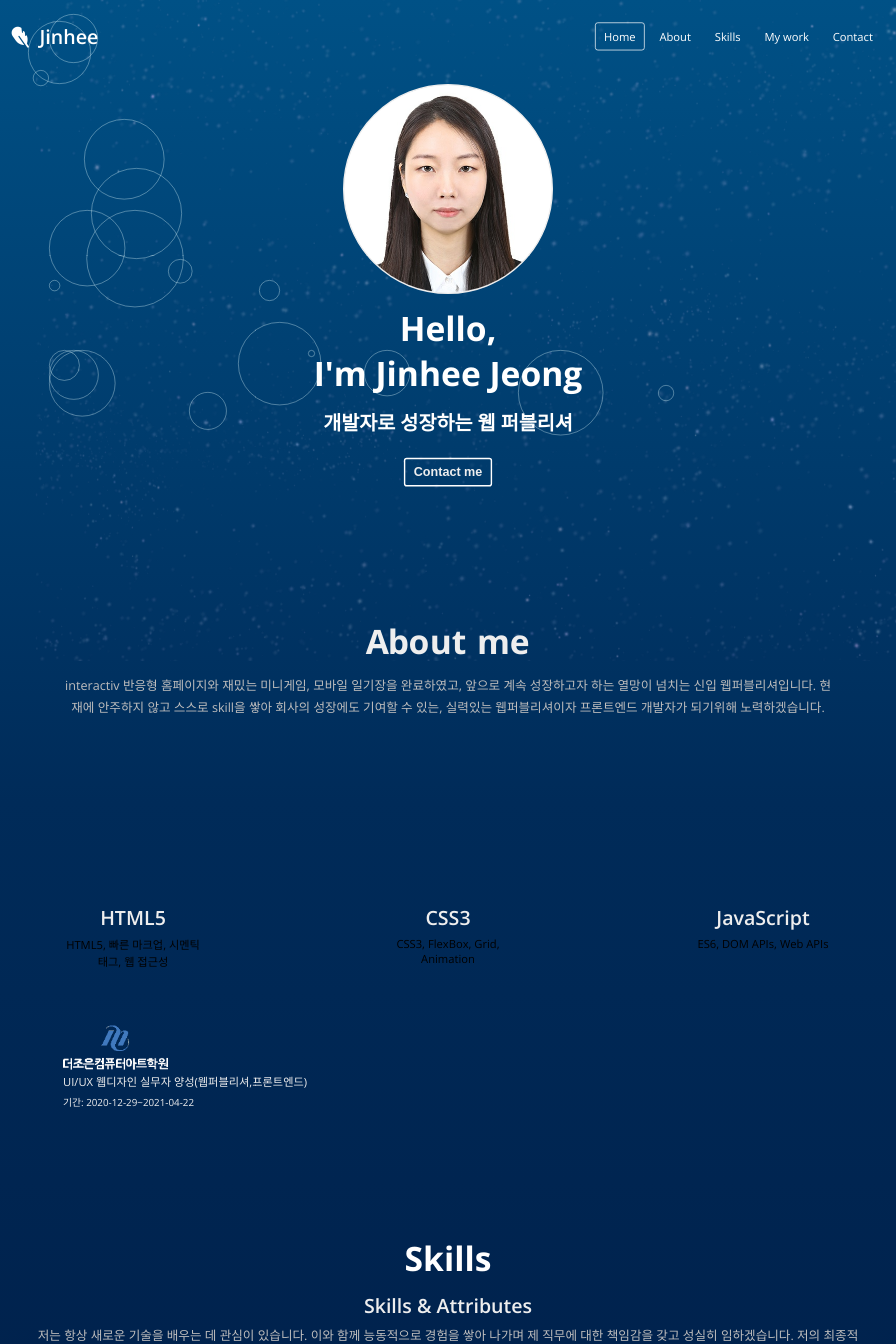
Repository: jinhee196/portfolio
Page: index.html
These files come from the project's save history. The page is drawn as it stood at one moment and after the next save; the edit follows.
The browser window is 1280 px wide. The pictures show the part of the page from y = 0 to 1920 px (the page is 4587 px tall before and 4623 px after), at 70% of full size.
Some web libraries are served in a nearby version.

Above is the page before, as saved 2021-07-07 18:59:02.

After the next save:
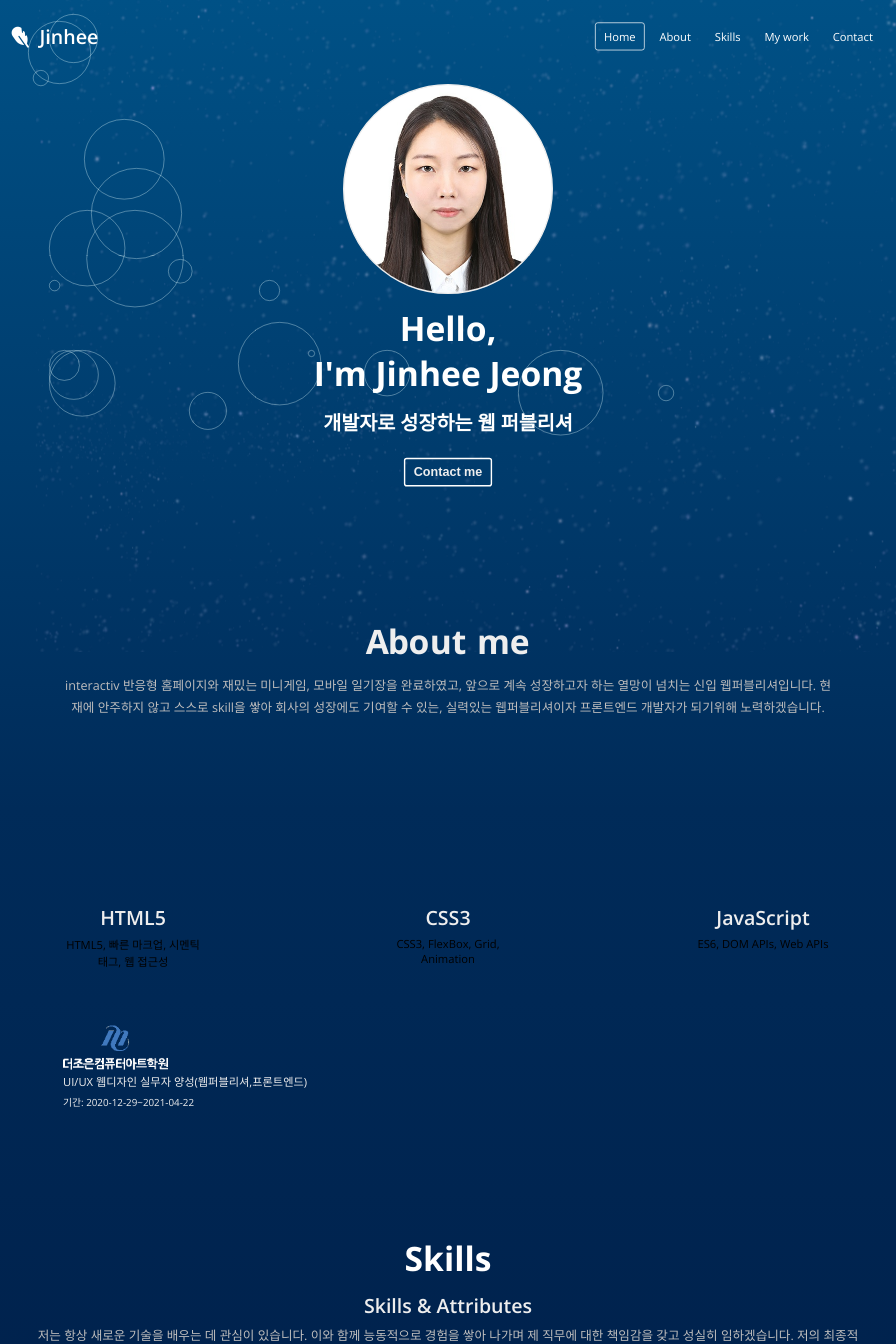
Saved 54 s later.
--- a/index.html
+++ b/index.html
@@ -315,7 +315,10 @@
         <div class="contact__links">
             <a href="https://github.com/jinhee196" target="_blank" class="contactBox">
                 <i class="fab fa-github"></i>
-                <img src="img/notion.png" alt="notion" class="notion">
+                <a href="https://www.notion.so/Javascript-f6514efff28d4b988004ffc961416185">
+                    <img src="img/notion.png" alt="notion" class="notion">
+                </a>
+
             </a>
         </div>
         <p class="contact__rights">2021 Jinhee - All rights reserved</p>
